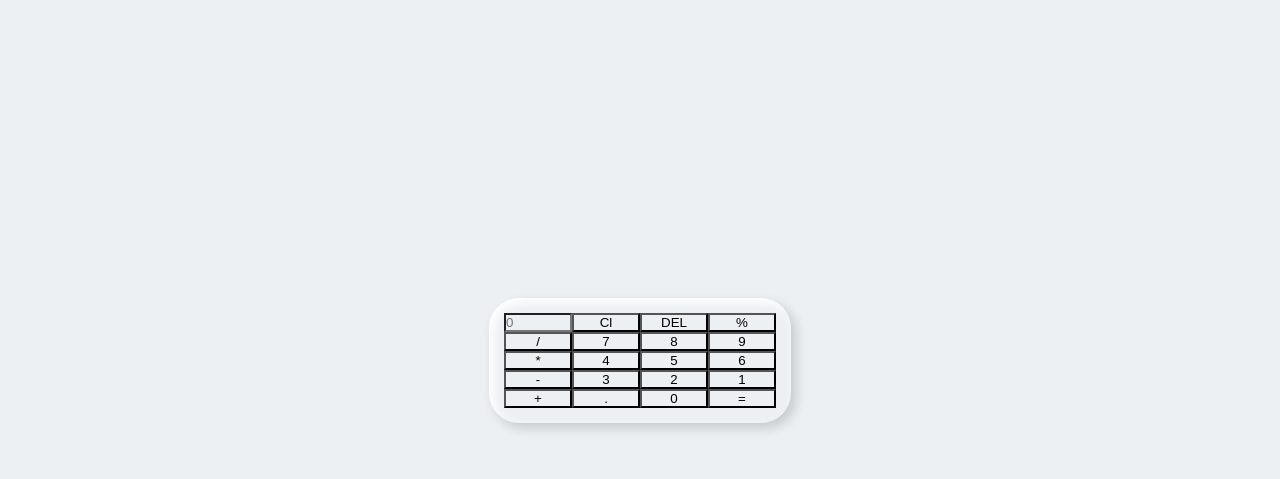
Repository: Mayur2905/OIBSIP
Page: Task-3/index.html
An editor plug-in stored every save of this project. The page is shown before and after the next save, followed by the edit.
The browser window is 1280 px wide. The pictures show the whole page.

Above is the page before, as saved 2022-02-02 13:45:53.

### Task-3/index.html
<!DOCTYPE html>
<html lang="en">
<head>
    <meta charset="UTF-8">
    <meta http-equiv="X-UA-Compatible" content="IE=edge">
    <meta name="viewport" content="width=device-width, initial-scale=1.0">
    <title>Clauculator</title>
    <link rel="stylesheet" href="style.css">
</head>
<body>
    <div class="container">
        <div class="calculator">
            <input type="text" placeholder="0">
            <button onclick="Clear()">Cl</button>
            <button onclick="del()">DEL</button>
            <button onclick="dispaly('%')">%</button>
            <button onclick="dispaly('%')">/</button>
            <button onclick="dispaly('7')">7</button>
            <button onclick="dispaly('8')">8</button>
            <button onclick="dispaly('9')">9</button>
            <button onclick="dispaly('*')">*</button>
            <button onclick="dispaly('4')">4</button>
            <button onclick="dispaly('5')">5</button>
            <button onclick="dispaly('6')">6</button>
            <button onclick="dispaly('-')">-</button>
            <button onclick="dispaly('3')">3</button>
            <button onclick="dispaly('2')">2</button>
            <button onclick="dispaly('1')">1</button>
            <button onclick="dispaly('+')">+</button>
            <button onclick="dispaly('.')">.</button>
            <button onclick="dispaly('0')">0</button>
            <button onclick="Calculate()">=</button>
        </div>

    </div>
</body>
</html>

### Task-3/style.css
* {
  margin: 0;
  padding: 0;
  box-sizing: border-box;
  background-color: #ecf0f3;
  font-family: sans-serif;
  outline: none;
}
.container {
  height: 100vh;
  display: flex;
  justify-content: center;
  align-items: center;
}
.calculator {
  background-color: #ecf0f3;
  padding: 15px;
  border-radius: 30px;
  box-shadow: inset 5px 5px 12px #ffffff, 5px 5px 12px rgba(0, 0, 0, 0.16);
  display: grid;
  grid-template-columns: repeat(4, 68px);
}

After the next save:
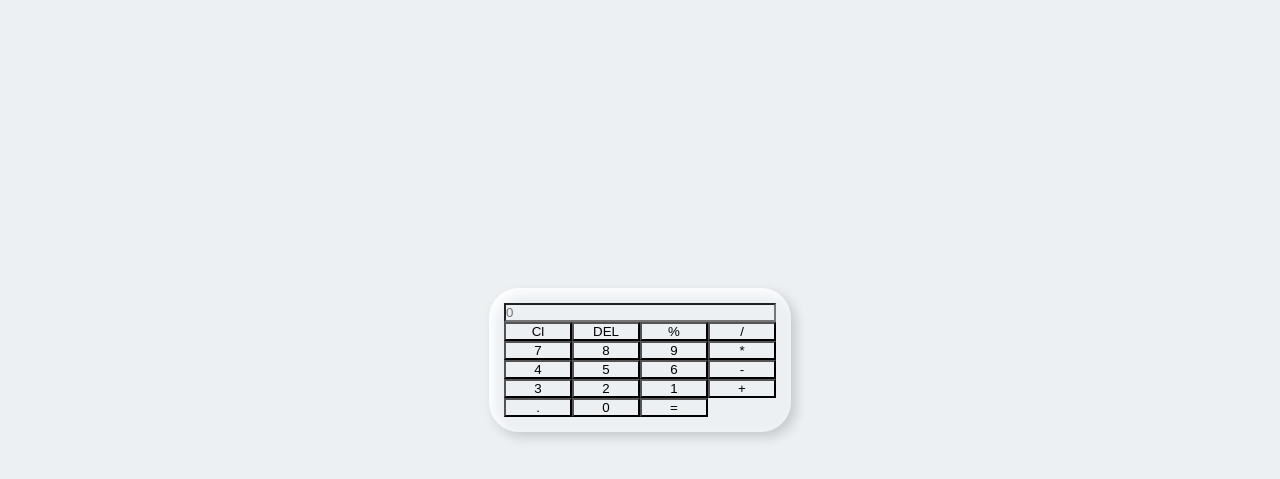
Saved 47 s later.
--- a/Task-3/style.css
+++ b/Task-3/style.css
@@ -20,3 +20,6 @@
   display: grid;
   grid-template-columns: repeat(4, 68px);
 }
+input {
+  grid-column: span 4;
+}
